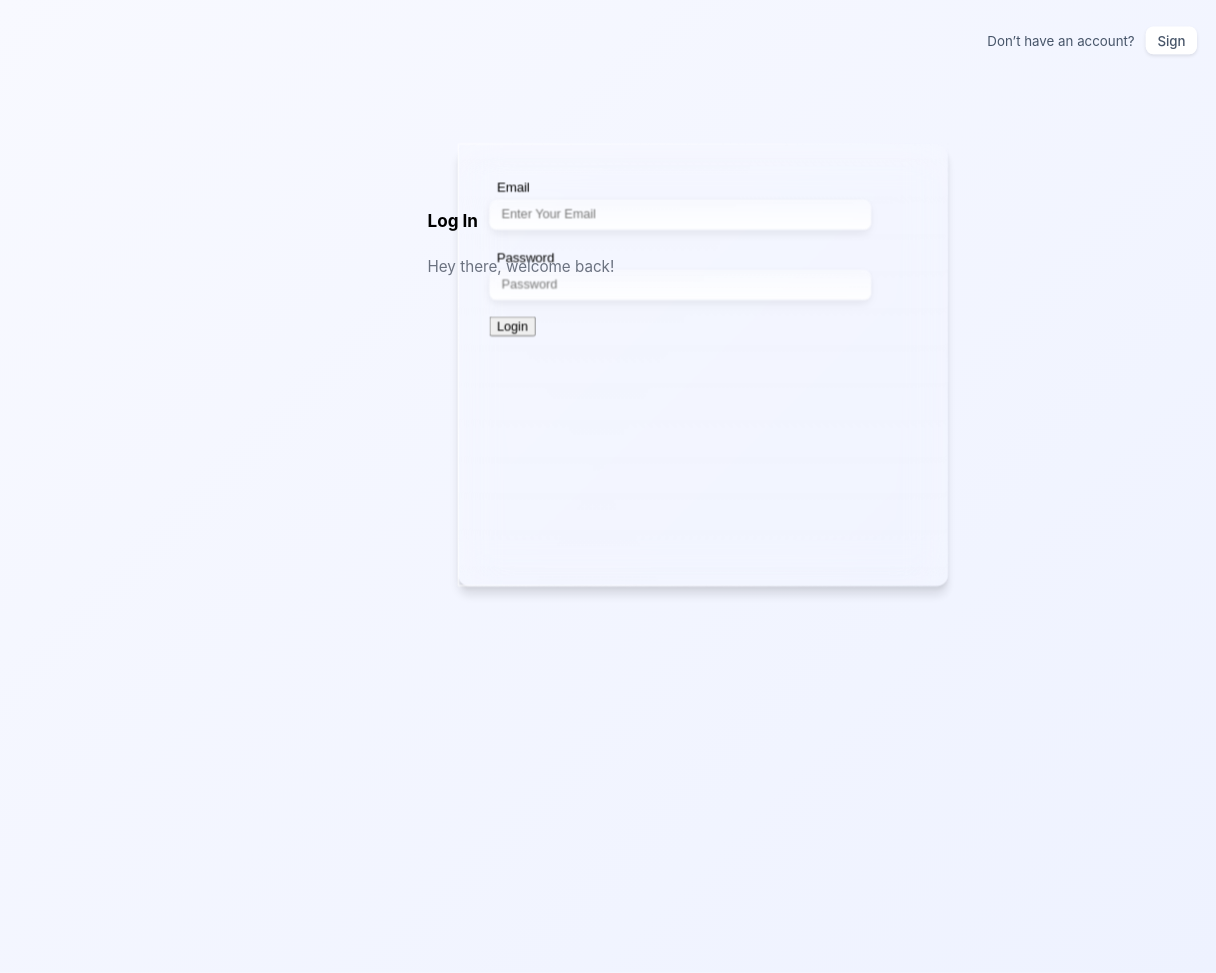
Repository: AfifaNoor/Admin_Panel-React-
Page: /sign-up
An editor plug-in stored every save of this project. The page is shown before and after the next save, followed by the edit.
The browser window is 1280 px wide. The pictures show the whole page, at 95% of full size.
The project was rebuilt for these pictures with package versions that can differ from the ones it lists, and the page was loaded fresh each time. Also part of the build but not shown: src/SignUp.jsx.

Above is the page before, as saved 2025-07-10 16:38:19.

### src/App.js
import React from 'react'
import LoginPage from './LoginPage'
import { RouterProvider } from 'react-router-dom'
import Router from './Router'

const App = () => {
  return (
    <>
      {/* <RouterProvider router={Router}/> */}
      <LoginPage/>
    </>


  )
}

export default App

### src/LoginPage.jsx
import React, { useState } from 'react'
// import {Navigate, useNavigate} from 'react-router-dom';
import "./LoginPage.css"
import { ToastContainer, toast } from 'react-toastify';
import 'react-toastify/dist/ReactToastify.css';

const LoginPage = () => {
    const[email , setEmail]=useState('')
    const [password , setPassword] = useState('')
    // const navigate= useNavigate();

const handleSubmit =(e)=>{
    e.preventDefault();

 const hardcoreMail="login@gmail.com";
 const hardcorePassword = '1234567'

    if (email=== hardcoreMail && password === hardcorePassword){
        alert("Login Successfull")

    }else{
        alert("Invalid Credential")
    }

}



  return (
 <div className="login-container">

      <div className="signup-redirect">
        <p>
          Don’t have an account?{' '}
          {/* <span className="signup-link" onClick={() => navigate('/sign-up')}> */}
            {/* Sign Up */}
          {/* </span> */}
          <span className="signup-link" >
            Sign
          </span>
        </p>
      </div>

      <div className="title">
        <h1>Log In</h1>
        <p>Hey there, welcome back!</p>
      </div>

    <div>



    </div>

      <form className="login-form" onSubmit={handleSubmit}>
      <label className='form-label'>Email</label>
        <input
          type="email"
          className="form-input"
          value={email}
          placeholder="Enter Your Email"
          onChange={(e) => setEmail(e.target.value)}
          required
        />

        <label className='form-label'>Password</label>
        <input
          type="password"
          className="form-input"
          placeholder="Password"
          value={password}
          onChange={(e) => setPassword(e.target.value)}
          required
        />

        <button className="login-btn" type="submit">
          Login
        </button>

        {/* <ToastContainer /> */}
      </form>
    </div>
  );
}

export default LoginPage

### src/Router.jsx
import React from 'react';
import { createBrowserRouter , createRoutesFromElements , Route } from 'react-router-dom';
import LoginPage from './LoginPage';
import SignUp from './SignUp';

const Router = createBrowserRouter(
  createRoutesFromElements(
    <>

      <Route path='/sign-up' element={<SignUp/>}/>
      <Route path='login-page' element={<LoginPage/>}/>
    </>
  )
)

export default Router;

### src/LoginPage.css
.login-container {
  width: 100%;
  height: 1024px;
  /* background: #FFFFFF; */
  opacity: 1;
  transform: rotate(0deg);
  display: flex;
  justify-content: center;
  align-items: center;
  background: linear-gradient(135deg, #f8f9ff, #eef2ff);
  flex-direction: column;
  /* font-family: 'Inter','sans-serif'; */
  position: relative;


}
.signup-redirect {
  position: absolute;
  top: 20px;
  right: 20px;
  font-size: 14px;
  color: #475569;
}

.signup-link {
  background: #ffffff;
  border-radius: 8px;
  padding: 6px 12px;
  margin-left: 8px;
  box-shadow: 0 2px 4px rgba(0,0,0,0.1);
  cursor: pointer;
  font-weight: 500;
  transition: all 0.3s ease;
}

.signup-link:hover {
  background: #f0f0f0;
}


.title{
  z-index: 3;
  width: 380px;
  height: 72px;
  opacity: 1;
  gap: 10px;
  padding: 10px;
  margin-bottom: 550px;
  /* box-shadow: 0 4px 12px rgba(0, 0, 0, 0.1); */

}

.title h1 {
width: 380px;
height: 40px;
font-family: 'Inter', sans-serif;
font-weight: 600px;
font-size: 18px;
line-height: 40px;
letter-spacing: -1%;
margin-bottom: 8px;
}

.title p{
  font-size: 16px;
  font-style: Inter;
  font-weight: 400px;
  font-style:normal;
  line-height: 22px;
  /* letter-spacing: -1%; */
  color: rgba(107, 114, 128, 1);
  margin-bottom: 24px;
  /* margin-bottom: 5px; */

}

.login-form{
  width: 450px;
  height: 400px;
  position: absolute;
  top: 150.5px;
  left: 482px;
  border-radius: 12px;
  padding: 32px;
  gap: 10px;
  opacity: 1;
  flex-direction: column;

  z-index: 2;

  background: linear-gradient(180deg, rgba(255, 255, 255, 0) -9.58%, rgba(255, 255, 255, 0.052) 100%);
  border: 1px solid transparent;
  border-image-source: linear-gradient(93.78deg, #FFFFFF 8.04%, rgba(255, 255, 255, 0) 100%);
  border-image-slice: 1;


-webkit-backdrop-filter: blur(20px);
backdrop-filter: blur(20px);

box-shadow:
  0px 10px 10px 0px rgba(0, 0, 0, 0.10),
  0px 4px 4px 0px rgba(0, 0, 0, 0.05),
  0px 1px 0px 0px rgba(0, 0, 0, 0.05),
  inset 0px 20px 50px 0px rgba(255, 255, 255, 0.15);

}

.form-label{
width: 380px;
height: 22px;
transform: rotate(0deg);
opacity: 1;
gap: 12px;
text-align: left;

font-family: 'Intern',sans-serif;
font-weight: 500px;
font-size: 14px;
line-height: 22px;
letter-spacing: -0.01em;

color:black;


border: none;
border-radius: 6px;
padding: 2px 8px;
cursor: pointer;
display: inline-flex;
/* align-items: left; */
justify-content: left;

}

.form-input{

 width: 380px;
  height: 20px;
  min-width: 140px;
  max-width: 500px;
  transform: rotate(0deg);
  opacity: 1;
  border-radius: 8px;
  border-width: 1px;
  padding: 5px 8px 5px 12px;
  gap: 8px;
  margin-bottom: 16px;

  background: linear-gradient(0deg, rgba(255, 255, 255, 0.9) 0%, rgba(255, 255, 255, 0.4) 100%);
  border: 1px solid transparent; /* fallback for border-image */

  border-image:
    linear-gradient(0deg, rgba(255, 255, 255, 0.1), rgba(255, 255, 255, 0.1)),
    linear-gradient(360deg, rgba(255, 255, 255, 0.5) 0%, rgba(255, 255, 255, 0) 100%);
  border-image-slice: 1;


  -webkit-backdrop-filter: blur(20px);
  backdrop-filter: blur(20px);
  box-shadow: 0 4px 10px rgba(0,0,0,0.08);
  cursor: pointer;
}

Loaded but not shown: public/index.html (common file); src/index.js (common file); src/index.css (common file); src/reportWebVitals.js (common file)

After the next save:
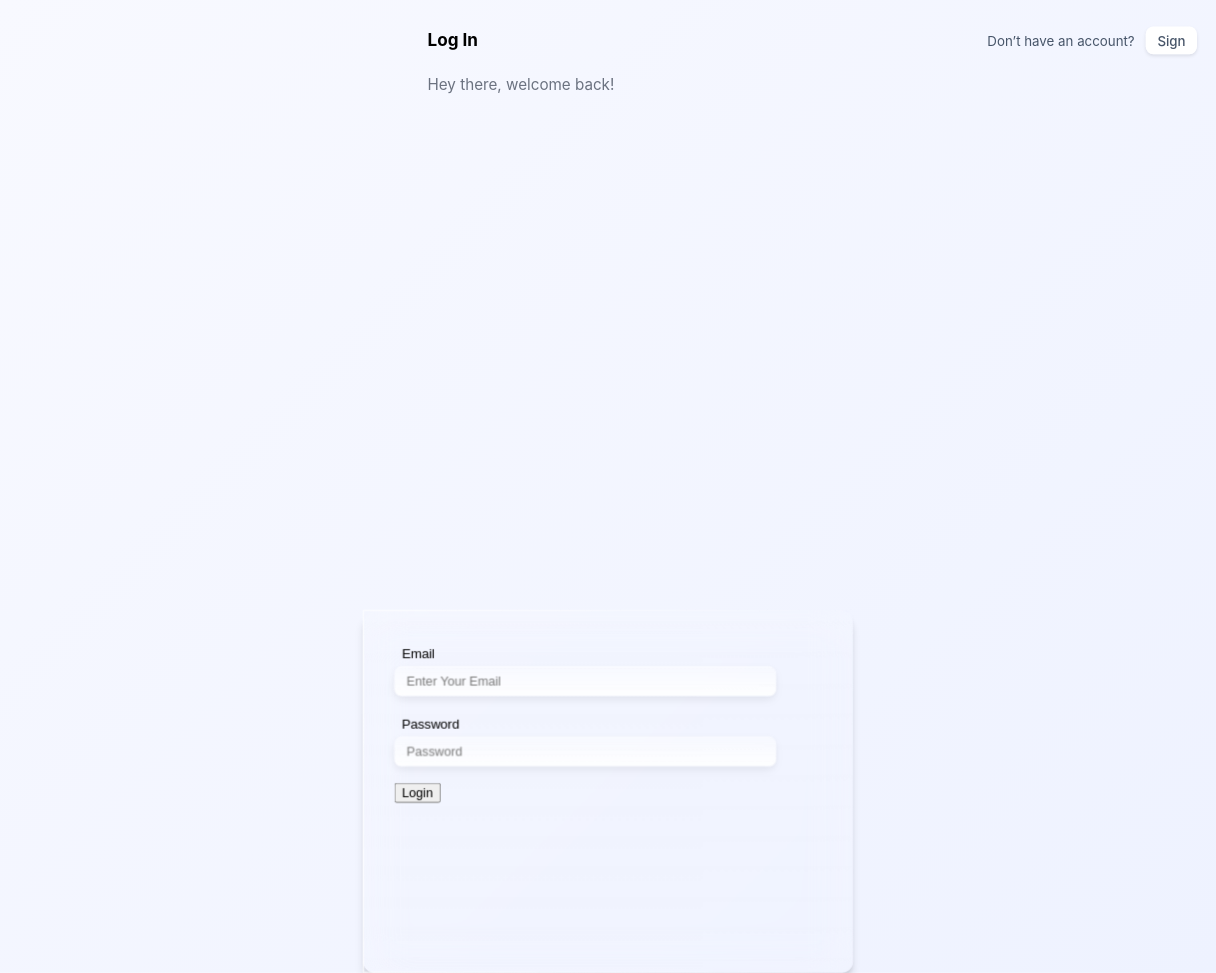
Saved 2 min 9 s later.
--- a/src/LoginPage.css
+++ b/src/LoginPage.css
@@ -77,7 +77,7 @@ margin-bottom: 8px;
 .login-form{
   width: 450px;
   height: 400px;
-  position: absolute;
+  /* position: absolute; */
   top: 150.5px;
   left: 482px;
   border-radius: 12px;
